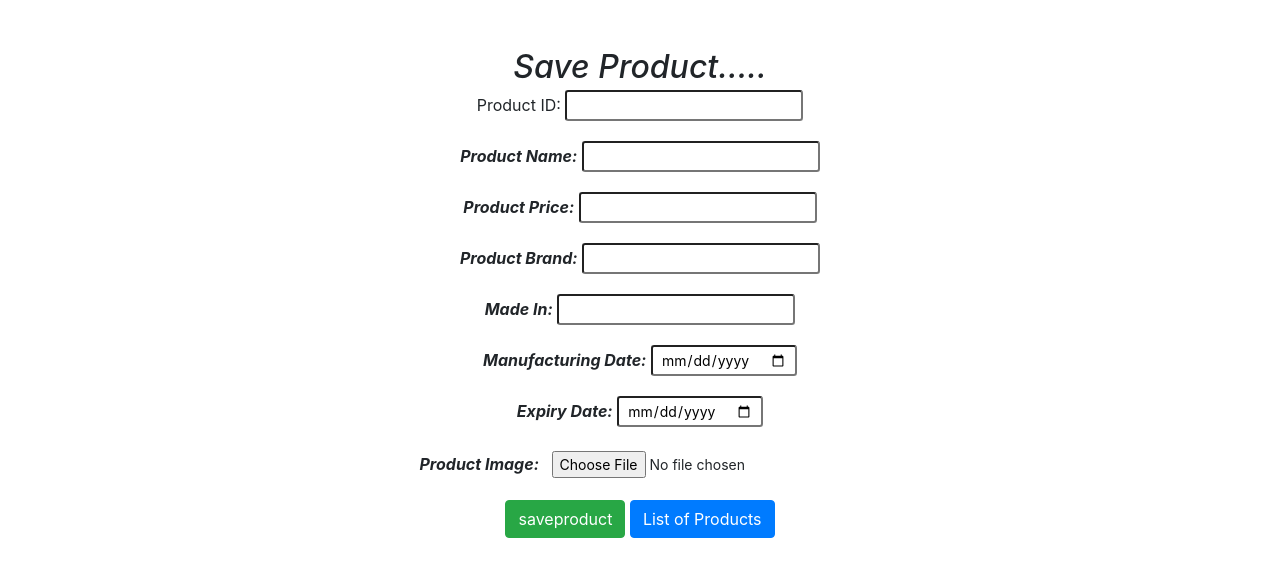
Repository: ShailajaMakkala/AdvJavaPrograms
Page: ProductManagementApp1/src/main/webapp/add-product.html
An editor plug-in stored every save of this project. The page is shown before and after the next save, followed by the edit.
The browser window is 1280 px wide. The pictures show the whole page.

Above is the page before, as saved 2024-03-11 09:43:47.

After the next save:
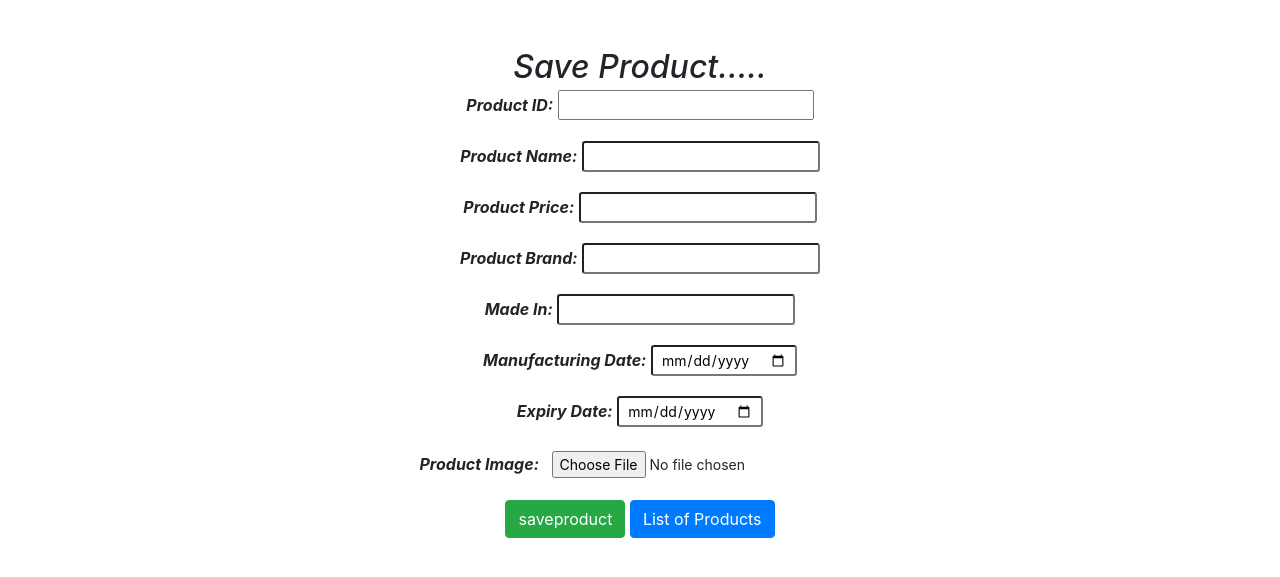
Saved 67 s later.
--- a/ProductManagementApp1/src/main/webapp/add-product.html
+++ b/ProductManagementApp1/src/main/webapp/add-product.html
@@ -15,8 +15,8 @@
    <form method="post" action="./AddProductServlet" enctype="multipart/form-data" onsubmit="return validateForm()">
 
        <div class="form-group">
-            <label  for="proId">Product ID:</label>
-            <input type="text" class="form-control-sm" id="proId" name="proId" required>
+            <label class="font-italic font-weight-bold" for="proId">Product ID:</label>
+            <input type="text"  id="proId" name="proId" required>
 
        </div>
 
